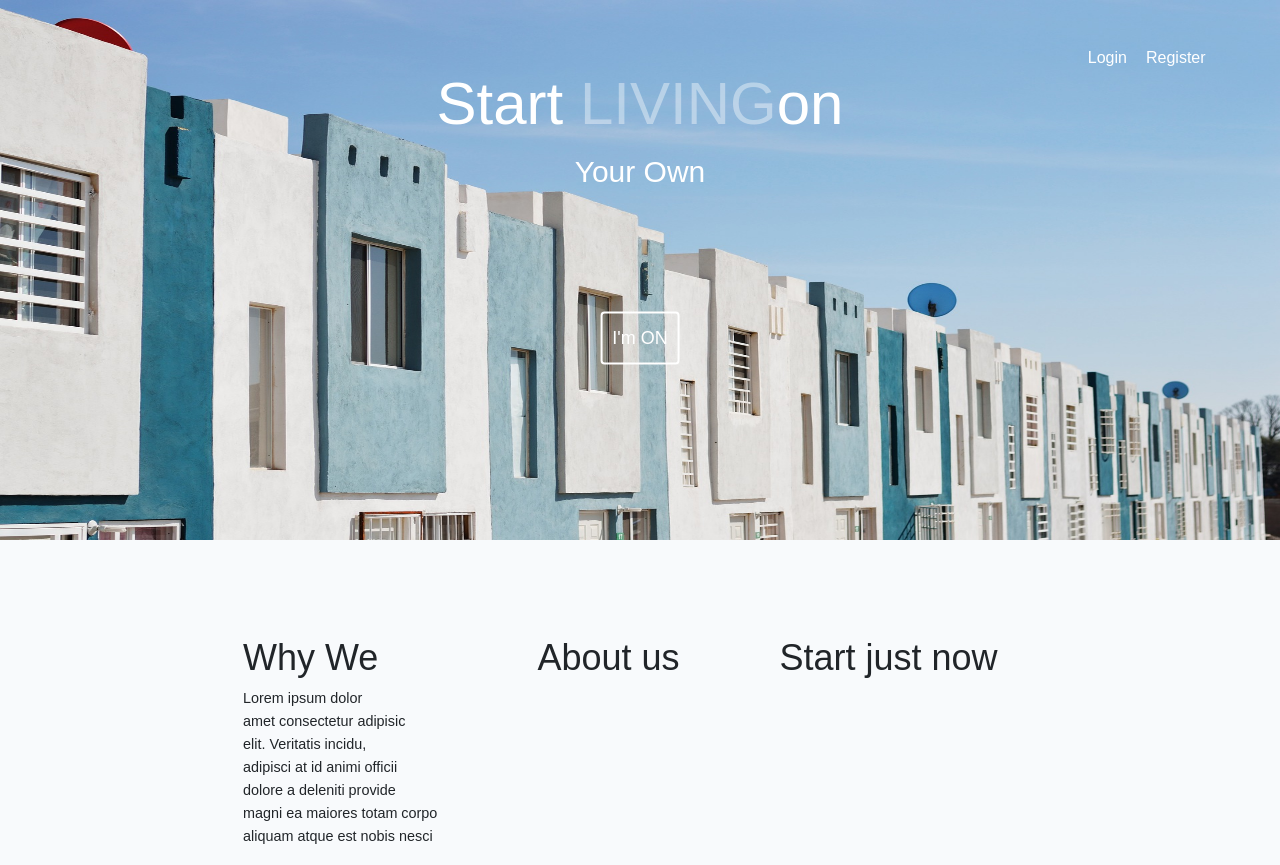
Repository: PatryxB/buildHouse
Page: http://localhost/
The author's editor kept a copy of each file at every save. The page is drawn from the files as they stood at one save, then again after the next save.
The browser window is 1280 px wide. The pictures show the whole page.
Some web fonts or font styles are not loaded; a fallback is used. The page is served by the project's Laravel application, run on PHP 8.4 with Laravel 8. Other server files are loaded and not shown. Style sheets and scripts are compiled from the project's sources, by tool versions that may differ from the author's.

Above is the page before, as saved 2020-05-06 10:25:26.

### resources/views/welcome.blade.php
<!DOCTYPE html>
<html lang="{{ str_replace('_', '-', app()->getLocale()) }}">
    <head>
        <meta charset="utf-8">
        <meta name="viewport" content="width=device-width, initial-scale=1">

        <title>Laravel</title>

        <!-- Fonts -->
        <link href="https://fonts.googleapis.com/css?family=Nunito:200,600" rel="stylesheet">
        <link rel="stylesheet" href="/css/app.css">

    </head>
    <body>

        <section id="welcome">
            <div class="banner">
                <img src="{{asset('/img/housebanner.jpg')}}" alt="">
                <div class="text-banner">
                    <h1 style="font-size:60px">Start <span style="opacity: .4;">LIVING</span>on</h1>
                    <p style="font-size:30px">Your Own</p>
                    <button class="btn">I'm ON</button>
                </div>
            </div>
        </section>

        @extends('layouts.app')
        @section('content')

            <div class="container">
                <div class="info">
                    <h1>Why We</h1>
                    <p>Lorem ipsum dolor  <br>
                    amet consectetur adipisic<br>
                    elit. Veritatis incidu, <br>
                    adipisci at id animi officii<br>
                    dolore a deleniti provide <br>
                    magni ea maiores totam corpo <br>
                    aliquam atque est nobis nesci</p>
                </div>
                <div class="info"><h1>About us</h1></div>
                <div class="info"><h1>Start just now</h1></div>
            </div>

        @endsection
    </body>
</html>

### resources/views/layouts/app.blade.php
<!doctype html>
<html lang="{{ str_replace('_', '-', app()->getLocale()) }}">
<head>
    <meta charset="utf-8">
    <meta name="viewport" content="width=device-width, initial-scale=1">

    <!-- CSRF Token -->
    <meta name="csrf-token" content="{{ csrf_token() }}">

    <title>{{ config('app.name', 'Laravel') }}</title>

    <!-- Scripts -->
    <script src="{{ asset('js/app.js') }}" defer></script>

    <!-- Fonts -->
    <link rel="dns-prefetch" href="//fonts.gstatic.com">
    <link href="https://fonts.googleapis.com/css?family=Nunito" rel="stylesheet">

    <!-- Styles -->
    <link href="{{ asset('css/app.css') }}" rel="stylesheet">
</head>
<body>
    <div id="app">
        <nav>
            @if (Route::has('login'))
                <div class="top-right links">
                    @auth
                        <a href="{{ url('/home') }}">Home</a>
                    @else
                        <a href="{{ route('login') }}">Login</a>

                        @if (Route::has('register'))
                            <a href="{{ route('register') }}">Register</a>
                        @endif
                    @endauth
                </div>
            @endif

        </nav>
        <main class="py-4">
            @yield('content')
        </main>
    </div>
</body>
</html>

### resources/sass/app.scss
// Fonts
@import url('https://fonts.googleapis.com/css?family=Nunito');
@import url('https://fonts.googleapis.com/css2?family=Varela+Round&display=swap');

// Variables
@import 'variables';

// Bootstrap
@import '~bootstrap/scss/bootstrap';

html, body{
    margin: 0;
    padding: 0;
    box-sizing: border-box;
    font-family: 'Varela Round', sans-serif;
}

.banner img{
    width: 100%;
    height: 75vh;
    background-repeat: no-repeat;
    position: relative;
}
nav{
    position: absolute;
    top: 8%;
    left: 89%;
    transform: translate(-50%, -50%);
}
nav a {
    color: white;
    font-size: 16px;
    margin-left: 15px;
}
.text-banner{
    color: white;
    position: absolute;
    top: 30%;
    left: 50%;
    transform: translate(-50%, -50%);
    text-align: center;
}
.btn{
    border: solid 2px white;
    background-color: transparent;
    color: white;
    margin-top: 100px;
    font-size: 18px;
    padding: 10px;
}
.btn:hover{
    background-color: white;
    color:rgba(92, 217, 255, 0.4);
}
.container{
    width: 80%;
    margin: 0 auto;
}
.info{
    float:left;
    margin-left: 100px;
    margin-top: 10vh;
}

Loaded but not shown: routes/web.php (common file); app/Http/Controllers/Auth/LoginController.php (common file); app/Http/Controllers/Controller.php (common file); app/Http/Controllers/Auth/ConfirmPasswordController.php (common file); resources/sass/_variables.scss (common file)

After the next save:
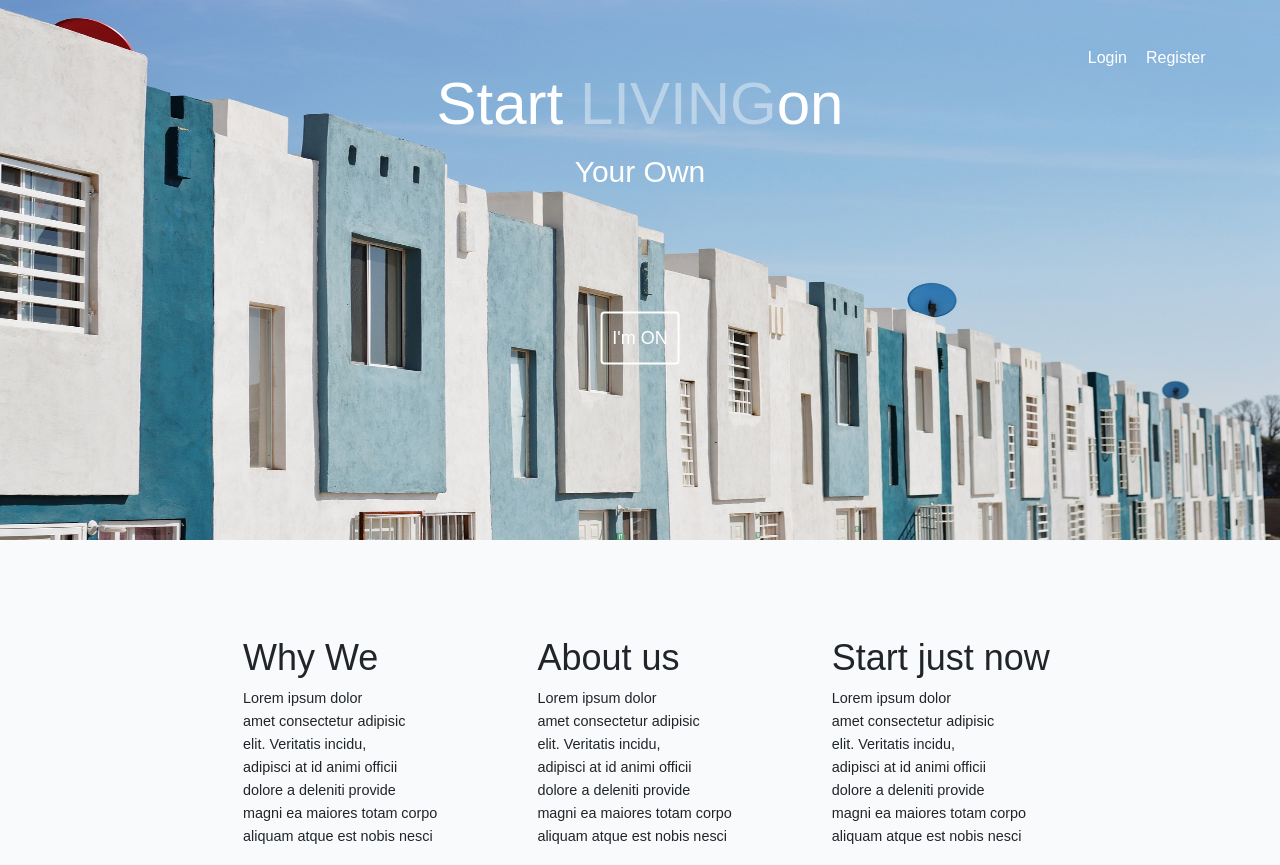
Saved 42 s later.
--- a/resources/views/welcome.blade.php
+++ b/resources/views/welcome.blade.php
@@ -38,8 +38,26 @@
                     magni ea maiores totam corpo <br>
                     aliquam atque est nobis nesci</p>
                 </div>
-                <div class="info"><h1>About us</h1></div>
-                <div class="info"><h1>Start just now</h1></div>
+                <div class="info">
+                    <h1>About us</h1>
+                    <p>Lorem ipsum dolor  <br>
+                        amet consectetur adipisic<br>
+                        elit. Veritatis incidu, <br>
+                        adipisci at id animi officii<br>
+                        dolore a deleniti provide <br>
+                        magni ea maiores totam corpo <br>
+                        aliquam atque est nobis nesci</p>
+                </div>
+                <div class="info">
+                    <h1>Start just now</h1>
+                    <p>Lorem ipsum dolor  <br>
+                        amet consectetur adipisic<br>
+                        elit. Veritatis incidu, <br>
+                        adipisci at id animi officii<br>
+                        dolore a deleniti provide <br>
+                        magni ea maiores totam corpo <br>
+                        aliquam atque est nobis nesci</p>
+                </div>
             </div>
 
         @endsection
